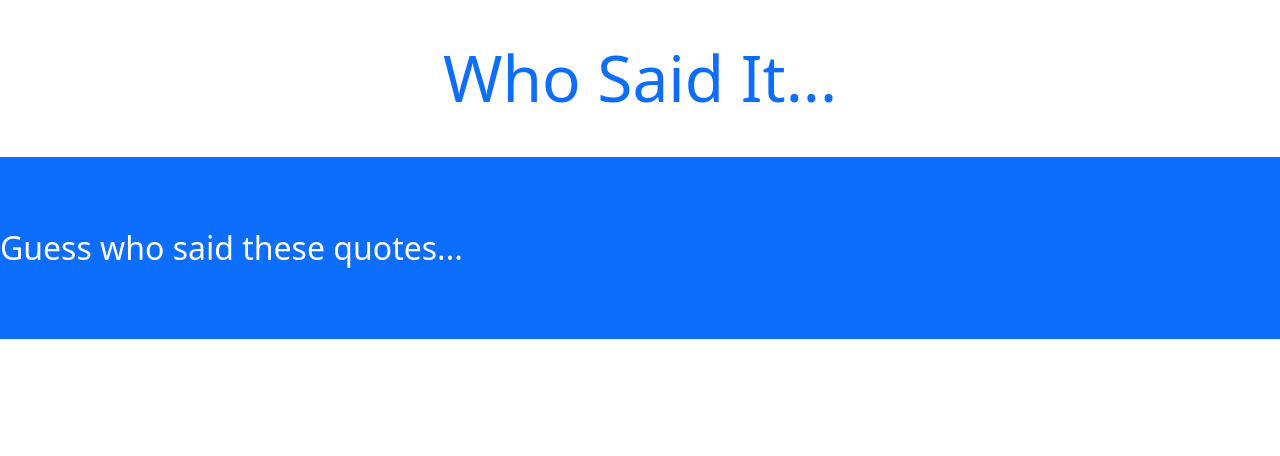
Repository: julihocc/Presentation-02-Forms-with-vanilla-JS
Page: index.html
The author's editor kept a copy of each file at every save. The page is drawn from the files as they stood at one save, then again after the next save.
The browser window is 1280 px wide. The pictures show the whole page.

Above is the page before, as saved 2022-09-27 13:39:52.

### index.html
<!-- step 0.1: create HTML5 template -->
<!DOCTYPE html>
<html lang="en">

<head>
    <meta charset="UTF-8">
    <meta http-equiv="X-UA-Compatible" content="IE=edge">
    <meta name="viewport" content="width=device-width, initial-scale=1.0">

    <!-- step 0.4: include bootstrap -->
    <!-- CSS only -->
    <link href="https://cdn.jsdelivr.net/npm/bootstrap@5.2.1/dist/css/bootstrap.min.css" rel="stylesheet"
        integrity="sha384-iYQeCzEYFbKjA/T2uDLTpkwGzCiq6soy8tYaI1GyVh/UjpbCx/TYkiZhlZB6+fzT" crossorigin="anonymous">

    <!-- step 0.2: change title -->
    <title>Who Said It...</title>
</head>

<body>

    <!-- step 1.1 top section -->
    <div class="intro py-3 bg-white text-center">
        <div class="container">
            <h2 class="text-primary display-3 my-4">
                Who Said It...
            </h2>
        </div>
    </div>

    <!-- step 1.4: quiz section -->
    <div class="quiz py-4 bg-primary">
        <div class="containter">
            <h2 class="my-5 text-white">
                Guess who said these quotes...
            </h2>
            <!-- step 1.5: create form -->
            <form class="quiz-form text-light">
                <!-- step 1.6: create containers for each question -->
                <div class="my-5">
                    <p class="lead font-weight-normal">

                    </p>
                </div>
            </form>
        </div>
    </div>

    <!-- step 0.3: link js -->
    <script src="app.js"></script>
</body>

</html>

Loaded but not shown: app.js (no copy from this time; the picture is the same without it)

After the next save:
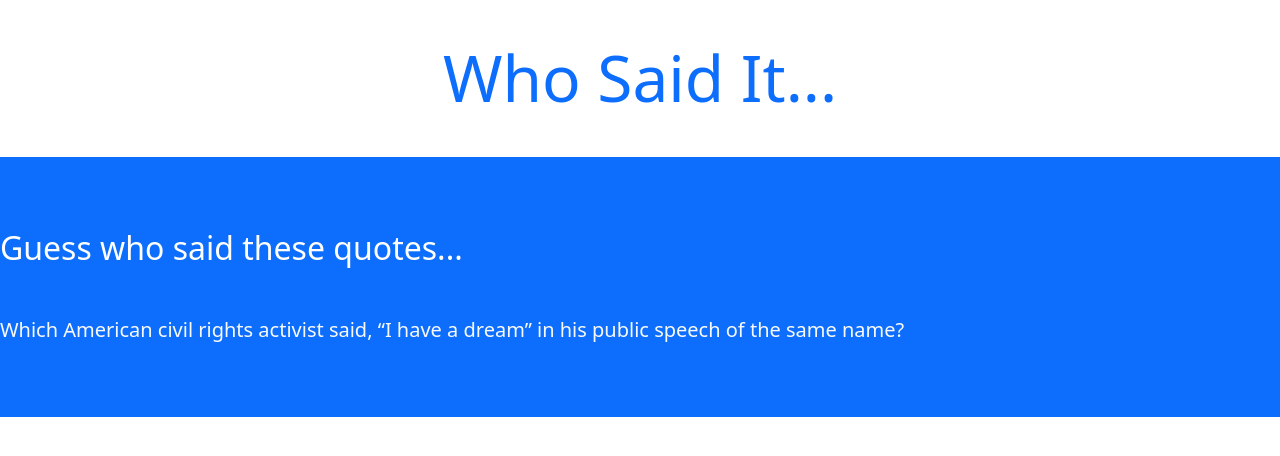
Saved 66 s later.
--- a/index.html
+++ b/index.html
@@ -38,7 +38,7 @@
                 <!-- step 1.6: create containers for each question -->
                 <div class="my-5">
                     <p class="lead font-weight-normal">
-
+                        Which American civil rights activist said, “I have a dream” in his public speech of the same name?
                     </p>
                 </div>
             </form>
